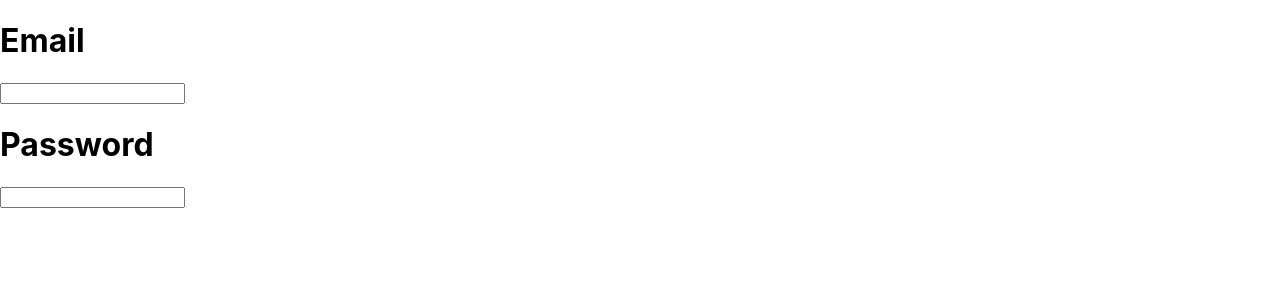
Repository: NPhanA/React2022
Page: / (app in Day 06-React real/demo/)
The author's editor kept a copy of each file at every save. The page is drawn from the files as they stood at one save, then again after the next save.
The browser window is 1280 px wide. The pictures show the whole page.
The project was rebuilt for these pictures with package versions that can differ from the ones it lists, and the page was loaded fresh each time. Also part of the build but not shown: Day 06-React real/demo/src/App.css, Day 06-React real/demo/src/App.js, Day 06-React real/demo/src/Components/HelloFunctionComp.js.

Above is the page before, as saved 2022-07-26 15:21:57.

### Day 06-React real/demo/public/index.html
<!DOCTYPE html>
<html lang="en">
  <head>
    <meta charset="utf-8" />
    <link rel="icon" href="%PUBLIC_URL%/favicon.ico" />
    <meta name="viewport" content="width=device-width, initial-scale=1" />
    <meta name="theme-color" content="#000000" />
    <meta
      name="description"
      content="Web site created using create-react-app"
    />
    <link rel="apple-touch-icon" href="%PUBLIC_URL%/logo192.png" />
    <!--
      manifest.json provides metadata used when your web app is installed on a
      user's mobile device or desktop. See https://developers.google.com/web/fundamentals/web-app-manifest/
    -->
    <link rel="manifest" href="%PUBLIC_URL%/manifest.json" />
    <!--
      Notice the use of %PUBLIC_URL% in the tags above.
      It will be replaced with the URL of the `public` folder during the build.
      Only files inside the `public` folder can be referenced from the HTML.

      Unlike "/favicon.ico" or "favicon.ico", "%PUBLIC_URL%/favicon.ico" will
      work correctly both with client-side routing and a non-root public URL.
      Learn how to configure a non-root public URL by running `npm run build`.
    -->
    <title>Components</title>
  </head>
  <body>
    <noscript>You need to enable JavaScript to run this app.</noscript>
    <div id="root"></div>
    <!--
      This HTML file is a template.
      If you open it directly in the browser, you will see an empty page.

      You can add webfonts, meta tags, or analytics to this file.
      The build step will place the bundled scripts into the <body> tag.

      To begin the development, run `npm start` or `yarn start`.
      To create a production bundle, use `npm run build` or `yarn build`.
    -->
  </body>
</html>

### Day 06-React real/demo/src/index.js
import React from 'react';
import './index.css';
import App from './App';
import {createRoot} from 'react-dom/client';
import HelloFunctionComp from './Components/HelloFunctionComp';
import FormFc from './Components/FormFC';
const container = document.getElementById('root');
const root = createRoot(container);
root.render(<FormFc/>);

### Day 06-React real/demo/src/Components/FormFC.js
import InputFC from "./InputFunctionalComp";
function FormFc(){
    return (
        <div className="container">
            <h1>Email</h1>
            <InputFC type="email"></InputFC>
            <h1>Password</h1>
            <InputFC type="password"></InputFC>
            </div>
       );
}

export default FormFc;

### Day 06-React real/demo/src/Components/InputFunctionalComp.js
function InputFC(props) {
    return (
     <input type={props.type} className={props.className} id={props.id} size={props.size}></input>
    );
  }

export default InputFC;

Loaded but not shown: Day 06-React real/demo/src/index.css (common file)

After the next save:
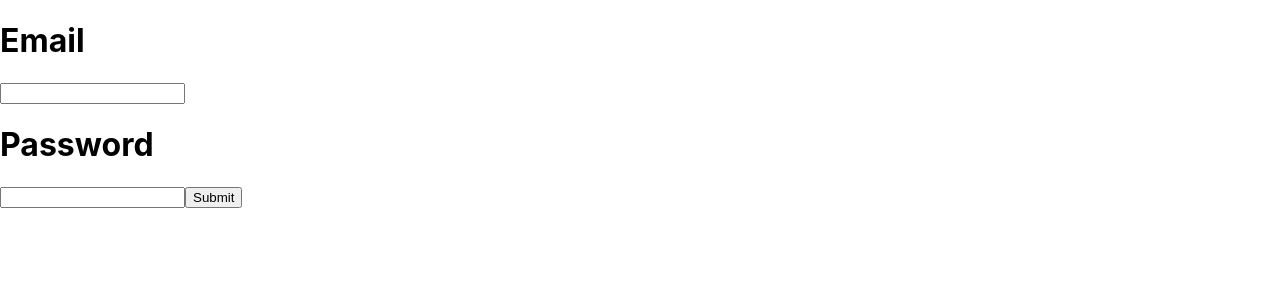
Saved 16 s later.
--- a/Day 06-React real/demo/src/Components/FormFC.js
+++ b/Day 06-React real/demo/src/Components/FormFC.js
@@ -6,6 +6,7 @@ function FormFc(){
             <InputFC type="email"></InputFC>
             <h1>Password</h1>
             <InputFC type="password"></InputFC>
+            <InputFC type="submit"></InputFC>
             </div>
        );
 }
